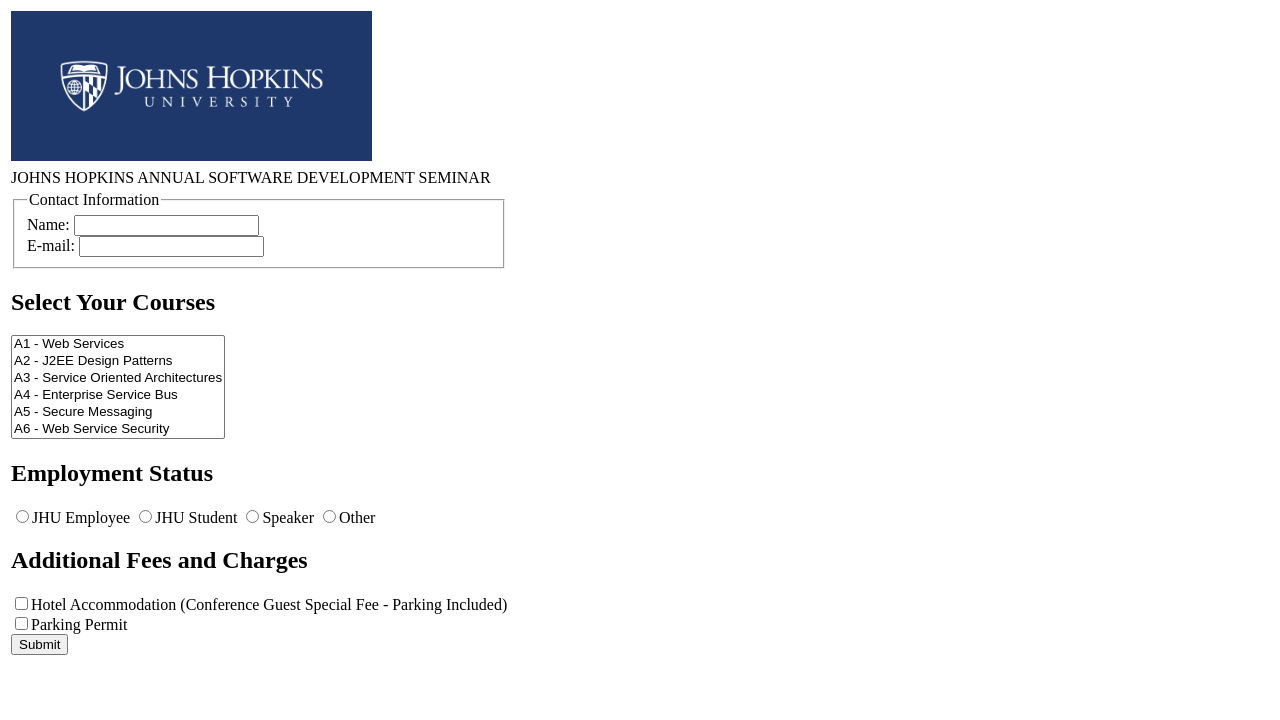
Repository: justinjwk/eclipse-workspace
Page: Homework2/WebContent/index.html
These files come from the project's save history. The page is drawn as it stood at one moment and after the next save; the edit follows.
The browser window is 1280 px wide. The pictures show the whole page.

Above is the page before, as saved 2019-06-12 02:43:23.

After the next save:
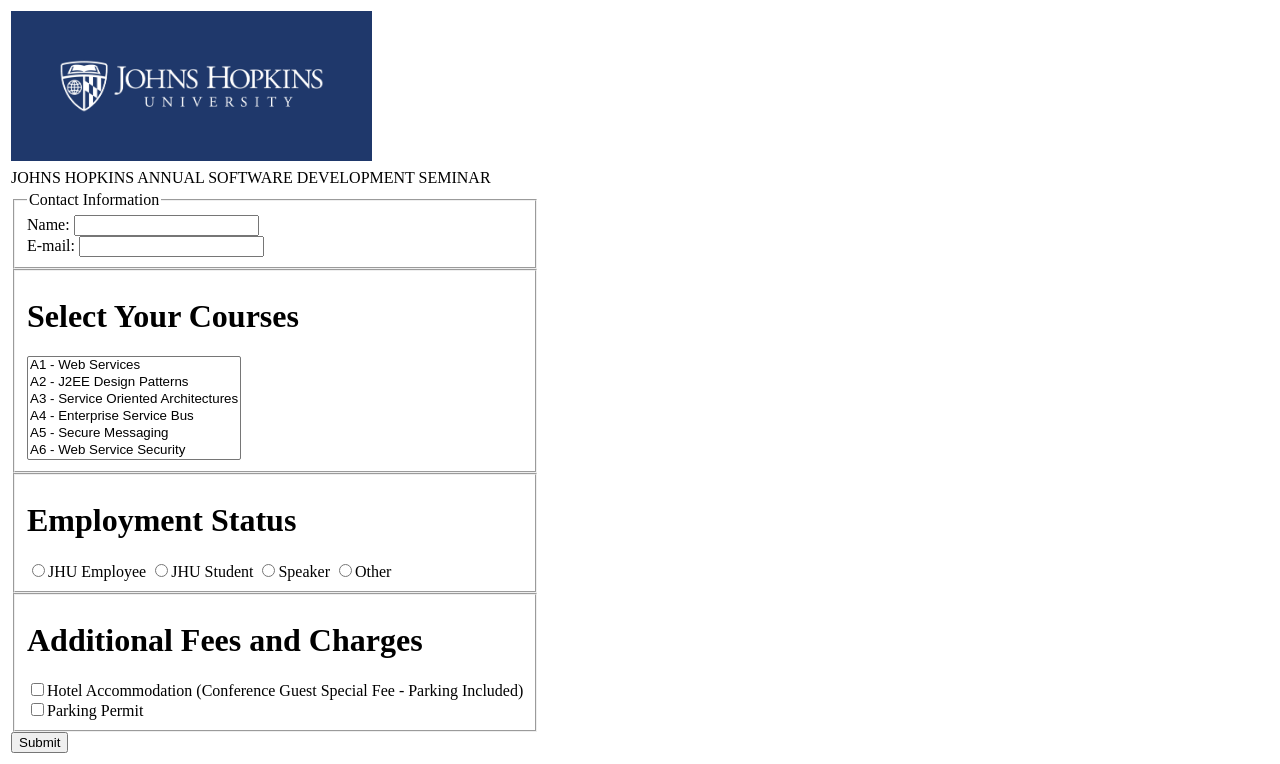
Saved 30 s later.
--- a/Homework2/WebContent/index.html
+++ b/Homework2/WebContent/index.html
@@ -22,7 +22,7 @@
 						E-mail: <input type="email" name="email" required><br>
 					</fieldset>
 
-					<section>
+					<fieldset>
 						<h1>Select Your Courses</h1>
 						<select name="course" size="6" multiple required>
 							<option value="A1">A1 - Web Services</option>
@@ -32,23 +32,23 @@
 							<option value="A5">A5 - Secure Messaging</option>
 							<option value="A6">A6 - Web Service Security</option>
 						</select>
-					</section>
+					</fieldset>
 
-					<section>
+					<fieldset>
 						<h1>Employment Status</h1>
 						<input type="radio" name="employmentstatus" value="employee"
 							required>JHU Employee <input type="radio"
 							name="employmentstatus" value="student">JHU Student <input
 							type="radio" name="employmentstatus" value="speaker">Speaker
 						<input type="radio" name="employmentstatus" value="ohter">Other
-					</section>
+					</fieldset>
 
-					<section>
+					<fieldset>
 						<h1>Additional Fees and Charges</h1>
 						<input type="checkbox" name="hotel">Hotel Accommodation
 						(Conference Guest Special Fee - Parking Included)<br> <input
 							type="checkbox" name="parking">Parking Permit
-					</section>
+					</fieldset>
 
 					<input type="submit" value="Submit"> <input type="hidden"
 						name="action" value="register">
